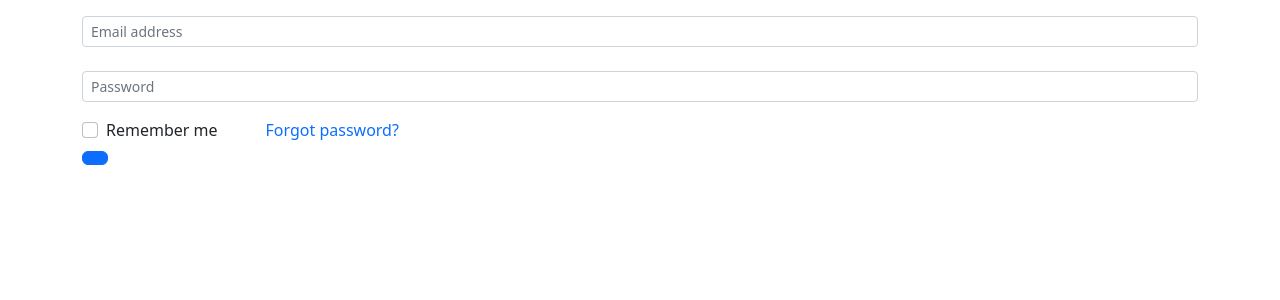
Repository: NPhanA/React2022
Page: / (app in Day 03-React/exercise/)
These files come from the project's save history. The page is drawn as it stood at one moment and after the next save; the edit follows.
The browser window is 1280 px wide. The pictures show the whole page.
The project was rebuilt for these pictures with package versions that can differ from the ones it lists, and the page was loaded fresh each time. Also part of the build but not shown: Day 03-React/exercise/src/App.css, Day 03-React/exercise/src/App.js, Day 03-React/exercise/src/Components/UserAgent.js, Day 03-React/exercise/src/Components/ProfileCard.js.

Above is the page before, as saved 2022-07-26 22:15:15.

After the next save:
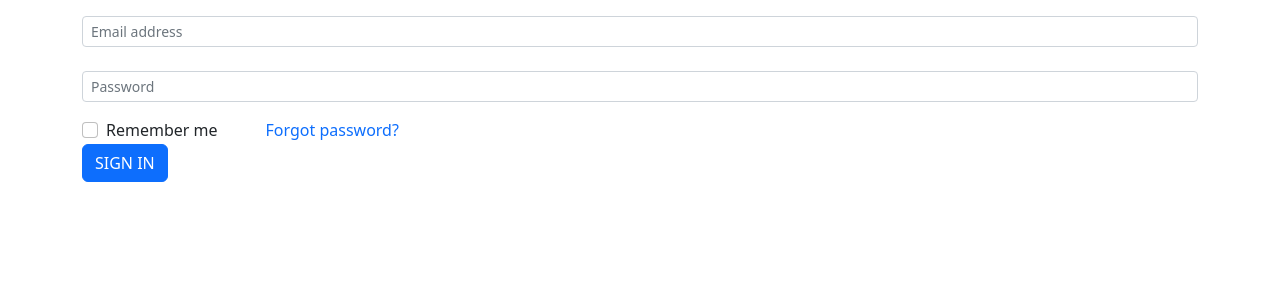
Saved 9 s later.
--- a/Day 03-React/exercise/src/Components/SignInForm.js
+++ b/Day 03-React/exercise/src/Components/SignInForm.js
@@ -14,7 +14,7 @@ function SignInForm() {
                         </label>
                         <span className="text-primary ms-5">Forgot password?</span>
                     </div>
-                    <button className="btn btn-primary"></button>
+                    <button className="btn btn-primary">SIGN IN</button>
                 </form>
             </div>
         </div>
